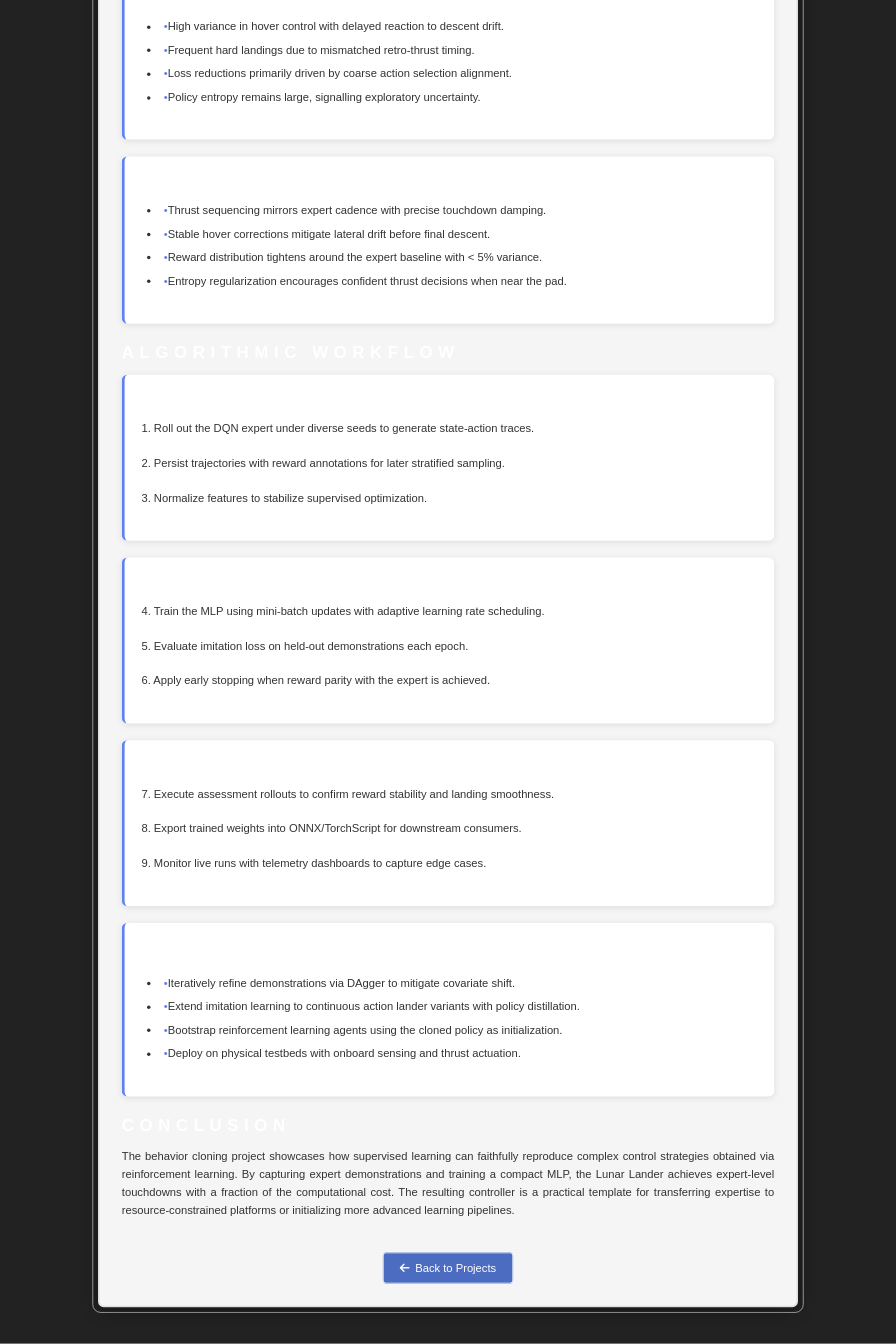
Repository: bk-poudel/bk-poudel.github.io
Page: projects/behavior_cloning_lunar_lander.html
An editor plug-in stored every save of this project. The page is shown before and after the next save, followed by the edit.
The browser window is 1280 px wide. The pictures show the part of the page from y = 1898 to 3818 px (the page is 3818 px tall), at 70% of full size.

Above is the page before, as saved 2025-12-28 12:40:27.

### projects/behavior_cloning_lunar_lander.html
<!DOCTYPE HTML>
<html lang="en">
<head>
    <title>Behavior Cloning for Lunar Lander - Bibek Poudel</title>
    <meta charset="utf-8" />
    <meta name="viewport" content="width=device-width, initial-scale=1, user-scalable=no" />
    <link rel="stylesheet" href="../assets/css/main.css" />
    <link rel="stylesheet" href="https://cdnjs.cloudflare.com/ajax/libs/font-awesome/6.4.0/css/all.min.css" />
    <noscript><link rel="stylesheet" href="../assets/css/noscript.css" /></noscript>
    <style>
        :root {
            --primary: #4b6cc1;
            --secondary: #666666;
            --accent: #5e81f4;
            --light: #f8f8f8;
            --dark: #1a1a1a;
            --text: #333333;
            --frame-color: #dddddd;
            --bg-color: #222222;
            --content-bg: #f5f5f5;
        }
        body {
            background-color: var(--bg-color);
            font-family: 'Arial', sans-serif;
            line-height: 1.6;
            padding: 20px;
        }
        .project-content {
            max-width: 1000px;
            margin: 2rem auto;
            padding: 2rem;
            background: var(--content-bg);
            border-radius: 8px;
            box-shadow: 0 4px 25px rgba(0,0,0,0.4);
            border: 2px solid var(--frame-color);
            position: relative;
            color: var(--text);
        }
        .project-content::before {
            content: "";
            position: absolute;
            top: -10px;
            left: -10px;
            right: -10px;
            bottom: -10px;
            border: 1px solid var(--frame-color);
            border-radius: 12px;
            pointer-events: none;
            z-index: -1;
        }
        .close-button {
            position: absolute;
            top: 1rem;
            right: 1rem;
            width: 40px;
            height: 40px;
            background: var(--primary);
            border: none;
            border-radius: 50%;
            color: white;
            font-size: 1.2rem;
            cursor: pointer;
            display: flex;
            align-items: center;
            justify-content: center;
            transition: all 0.3s ease;
            z-index: 10;
            text-decoration: none;
            box-shadow: 0 2px 10px rgba(0,0,0,0.2);
        }
        .close-button:hover {
            background: var(--accent);
            transform: scale(1.1);
            box-shadow: 0 4px 15px rgba(0,0,0,0.3);
            color: white;
            text-decoration: none;
        }
        .close-button:active {
            transform: scale(0.95);
        }
        h1 {
            text-align: center;
            color: var(--primary);
            font-size: 2.2rem;
            margin-bottom: 1.5rem;
            position: relative;
            padding-bottom: 1rem;
            text-transform: none;
            letter-spacing: normal;
        }
        h1::after {
            content: "";
            position: absolute;
            bottom: 0;
            left: 50%;
            transform: translateX(-50%);
            width: 100px;
            height: 3px;
        h2 {
            color: var(--primary);
            font-size: 1.6rem;
            margin-top: 2rem;
            margin-bottom: 1rem;
            border-left: 4px solid var(--accent);
            padding-left: 1rem;
            text-transform: none;
            letter-spacing: normal;
        }   border-left: 4px solid var(--accent);
        h3 {
            color: var(--primary);
            font-size: 1.3rem;
            margin-top: 1.5rem;
            text-transform: none;
            letter-spacing: normal;
        }   font-size: 1.3rem;
            margin-top: 1.5rem;
        }
        p {
            text-align: justify;
            margin-bottom: 1.5rem;
            color: var(--text);
        }
        ul, ol {
            padding-left: 1.5rem;
            margin-bottom: 1.5rem;
        }
        li {
            margin-bottom: 0.5rem;
            position: relative;
            color: var(--text);
        }
        li::before {
            content: "•";
            color: var(--accent);
        }
        .button {
            background: var(--primary);
            color: white;
            padding: 0.8rem 1.5rem;
            border-radius: 4px;
            text-decoration: none;
            display: inline-flex;
            align-items: center;
            transition: all 0.3s ease;
            font-weight: 500;
            border: none;
            text-transform: none;
            letter-spacing: normal;
            font-size: 1rem;
        }
        .button:hover {
            background: var(--accent);
            transform: translateY(-2px);
        }
        .button i {
            margin-right: 0.5rem;
        }
        .abstract {
            background-color: rgba(75, 108, 193, 0.1);
            padding: 1.5rem;
            border-radius: 8px;
            margin-bottom: 2rem;
            border-left: 4px solid var(--primary);
        }
        .methodology-item {
            background: white;
            padding: 1.5rem;
            border-radius: 8px;
            margin-bottom: 1.5rem;
            box-shadow: 0 2px 10px rgba(0,0,0,0.1);
            border-left: 4px solid var(--accent);
        }
        .figure-container {
            display: flex;
            justify-content: space-around;
            flex-wrap: wrap;
            gap: 1.5rem;
            margin: 2rem 0;
        }
        .figure {
            flex: 1;
            min-width: 250px;
            text-align: center;
            background: white;
            padding: 1rem;
            border-radius: 8px;
            box-shadow: 0 2px 10px rgba(0,0,0,0.1);
            transition: transform 0.3s ease;
            border: 1px solid #e0e0e0;
        }
        .figure:hover {
            transform: translateY(-5px);
        }
        .figure img {
            width: 100%;
            height: 200px;
            object-fit: cover;
            border-radius: 4px;
            margin-bottom: 0.8rem;
        }
        .figure-container .figure img {
            height: 250px;
            object-fit: contain;
            background: #f5f5f5;
        }
        .figure-caption {
            font-style: italic;
            color: var(--secondary);
            font-size: 0.9rem;
        }
        .figure-description {
            margin-top: 0.5rem;
            font-size: 0.9rem;
            line-height: 1.5;
            color: var(--text);
            text-align: center;
        }
        .feature-list {
            display: grid;
            grid-template-columns: repeat(auto-fit, minmax(300px, 1fr));
            gap: 1.5rem;
        }
        .feature-item {
            background: white;
            padding: 1.5rem;
            border-radius: 8px;
            box-shadow: 0 2px 10px rgba(0,0,0,0.1);
            border-left: 4px solid var(--primary);
        }
        .impact-points {
            display: grid;
            grid-template-columns: repeat(auto-fit, minmax(250px, 1fr));
            gap: 1.5rem;
            margin-top: 1.5rem;
        }
        .impact-point {
            background: white;
            padding: 1.5rem;
            border-radius: 8px;
            box-shadow: 0 2px 10px rgba(0,0,0,0.1);
            text-align: center;
            border: 1px solid #e0e0e0;
        }
        .impact-point i {
            font-size: 2rem;
            color: var(--primary);
            margin-bottom: 1rem;
        }
        @media (max-width: 768px) {
            .project-content {
                padding: 1.5rem;
                margin: 1rem;
            }
            h1 {
                font-size: 1.8rem;
            }
            .figure-container {
                flex-direction: column;
            }
        }
        @media (max-width: 480px) {
            .project-content {
                padding: 1.2rem;
            }
        }
    </style>
</head>
<body class="is-preload">
<div class="project-content">
        <a href="../index.html#projects" class="close-button" title="Back to Projects">
            <i class="fas fa-times"></i>
        </a>
        <h1>Behavior Cloning for Lunar Lander</h1>
        <div class="abstract">
            <h2>Abstract</h2>
            <p>This project applies behavior cloning to the LunarLander-v2 environment by leveraging a Deep Q-Network (DQN) expert. The expert policy generates high-quality demonstrations that are distilled into a supervised multi-layer perceptron (MLP). The resulting student controller imitates expert actions directly from raw state observations, producing a lightweight policy suitable for rapid inference without additional reinforcement learning during deployment.</p>
        </div>
        <div class="technologies-used">
            <h2>Behavior Cloning Pipeline Overview</h2>
            <p>The behavior cloning workflow converts reinforcement learning expertise into a supervised policy through the following components:</p>
            <div class="methodology-item">
                <h3><i class="fas fa-database"></i> Expert Demonstration Capture</h3>
                <ul>
                    <li>Rolled out a converged DQN agent for 200+ evaluation episodes.</li>
                    <li>Logged full state trajectories alongside expert thrust commands.</li>
                    <li>Filtered unstable landings to maintain a gold-standard dataset.</li>
                    <li>Balanced exploration of hover, descent, and landing regimes.</li>
                </ul>
            </div>
            <div class="methodology-item">
                <h3><i class="fas fa-network-wired"></i> Student Policy Training</h3>
                <ul>
                    <li>Two-hidden-layer MLP with ReLU activations and dropout regularization.</li>
                    <li>Inputs are normalized Lunar Lander state vectors; outputs are discrete thrust selections.</li>
                    <li>Optimized with cross-entropy loss and Adam optimizer for stable convergence.</li>
                    <li>Validation monitoring prevents overfitting and preserves expert fidelity.</li>
                </ul>
            </div>
            <div class="methodology-item">
                <h3><i class="fas fa-tools"></i> Evaluation Infrastructure</h3>
                <ul>
                    <li>Gymnasium test harness for reproducible rollouts and score tracking.</li>
                    <li>Side-by-side comparisons against the DQN expert on identical seeds.</li>
                    <li>Landing quality metrics include touchdown velocity, leg contact timing, and reward.</li>
                    <li>Automated plotting pipeline summarizes imitation accuracy per trajectory phase.</li>
                </ul>
            </div>
        </div>
        <div class="figure-container">
            <div class="figure">
                <img src="../Behavior_Cloning_Lunar_Lander/lunar_lander_compressed.gif" alt="Behavior cloned policy successfully landing the Lunar Lander" loading="lazy">
                <div class="figure-caption">Figure 1: Policy Rollout</div>
                <p class="figure-description">The cloned policy delivers soft touchdowns with minimal drift, closely matching the DQN expert profile.</p>
            </div>
        </div>
        <div class="learning-progression">
            <h2>Learning Progression Analysis</h2>
            <p>The student MLP matures from random thrusting to expert-level maneuvers as supervised training advances:</p>
            <div class="methodology-item">
                <h3><i class="fas fa-random"></i> Early Training Phase</h3>
                <ul>
                    <li>High variance in hover control with delayed reaction to descent drift.</li>
                    <li>Frequent hard landings due to mismatched retro-thrust timing.</li>
                    <li>Loss reductions primarily driven by coarse action selection alignment.</li>
                    <li>Policy entropy remains large, signalling exploratory uncertainty.</li>
                </ul>
            </div>
            <div class="methodology-item">
                <h3><i class="fas fa-bullseye"></i> Converged Student Behavior</h3>
                <ul>
                    <li>Thrust sequencing mirrors expert cadence with precise touchdown damping.</li>
                    <li>Stable hover corrections mitigate lateral drift before final descent.</li>
                    <li>Reward distribution tightens around the expert baseline with &lt; 5% variance.</li>
                    <li>Entropy regularization encourages confident thrust decisions when near the pad.</li>
                </ul>
            </div>
        </div>
        <div class="learning-progress">
            <h2>Algorithmic Workflow</h2>
            <div class="methodology-item">
                <h3><i class="fas fa-play-circle"></i> Demonstration Harvesting</h3>
                <p>1. Roll out the DQN expert under diverse seeds to generate state-action traces.</p>
                <p>2. Persist trajectories with reward annotations for later stratified sampling.</p>
                <p>3. Normalize features to stabilize supervised optimization.</p>
            </div>
            <div class="methodology-item">
                <h3><i class="fas fa-weight-hanging"></i> Supervised Optimization</h3>
                <p>4. Train the MLP using mini-batch updates with adaptive learning rate scheduling.</p>
                <p>5. Evaluate imitation loss on held-out demonstrations each epoch.</p>
                <p>6. Apply early stopping when reward parity with the expert is achieved.</p>
            </div>
            <div class="methodology-item">
                <h3><i class="fas fa-sync-alt"></i> Deployment Validation</h3>
                <p>7. Execute assessment rollouts to confirm reward stability and landing smoothness.</p>
                <p>8. Export trained weights into ONNX/TorchScript for downstream consumers.</p>
                <p>9. Monitor live runs with telemetry dashboards to capture edge cases.</p>
            </div>
        </div>
        <div class="methodology-item">
            <h2>Future Directions</h2>
            <ul>
                <li>Iteratively refine demonstrations via DAgger to mitigate covariate shift.</li>
                <li>Extend imitation learning to continuous action lander variants with policy distillation.</li>
                <li>Bootstrap reinforcement learning agents using the cloned policy as initialization.</li>
                <li>Deploy on physical testbeds with onboard sensing and thrust actuation.</li>
            </ul>
        </div>
        <div class="conclusion">
            <h2>Conclusion</h2>
            <p>The behavior cloning project showcases how supervised learning can faithfully reproduce complex control strategies obtained via reinforcement learning. By capturing expert demonstrations and training a compact MLP, the Lunar Lander achieves expert-level touchdowns with a fraction of the computational cost. The resulting controller is a practical template for transferring expertise to resource-constrained platforms or initializing more advanced learning pipelines.</p>
        </div>
        <div class="home-button" style="text-align: center; margin-top: 3rem;">
            <a href="../index.html#projects" class="button">
                <i class="fas fa-arrow-left"></i>
                Back to Projects
            </a>
        </div>
    </div>
    <script src="../assets/js/jquery.min.js"></script>
    <script src="../assets/js/browser.min.js"></script>
    <script src="../assets/js/breakpoints.min.js"></script>
    <script src="../assets/js/util.js"></script>
    <script src="../assets/js/main.js"></script>
</body>
</html>

Loaded but not shown: assets/js/jquery.min.js (library); assets/js/browser.min.js (common file); assets/js/breakpoints.min.js (common file); assets/css/fontawesome-all.min.css (library); assets/js/util.js (587 lines, source omitted); assets/js/main.js (401 lines, source omitted); assets/css/main.css (1753 lines, source omitted)

After the next save:
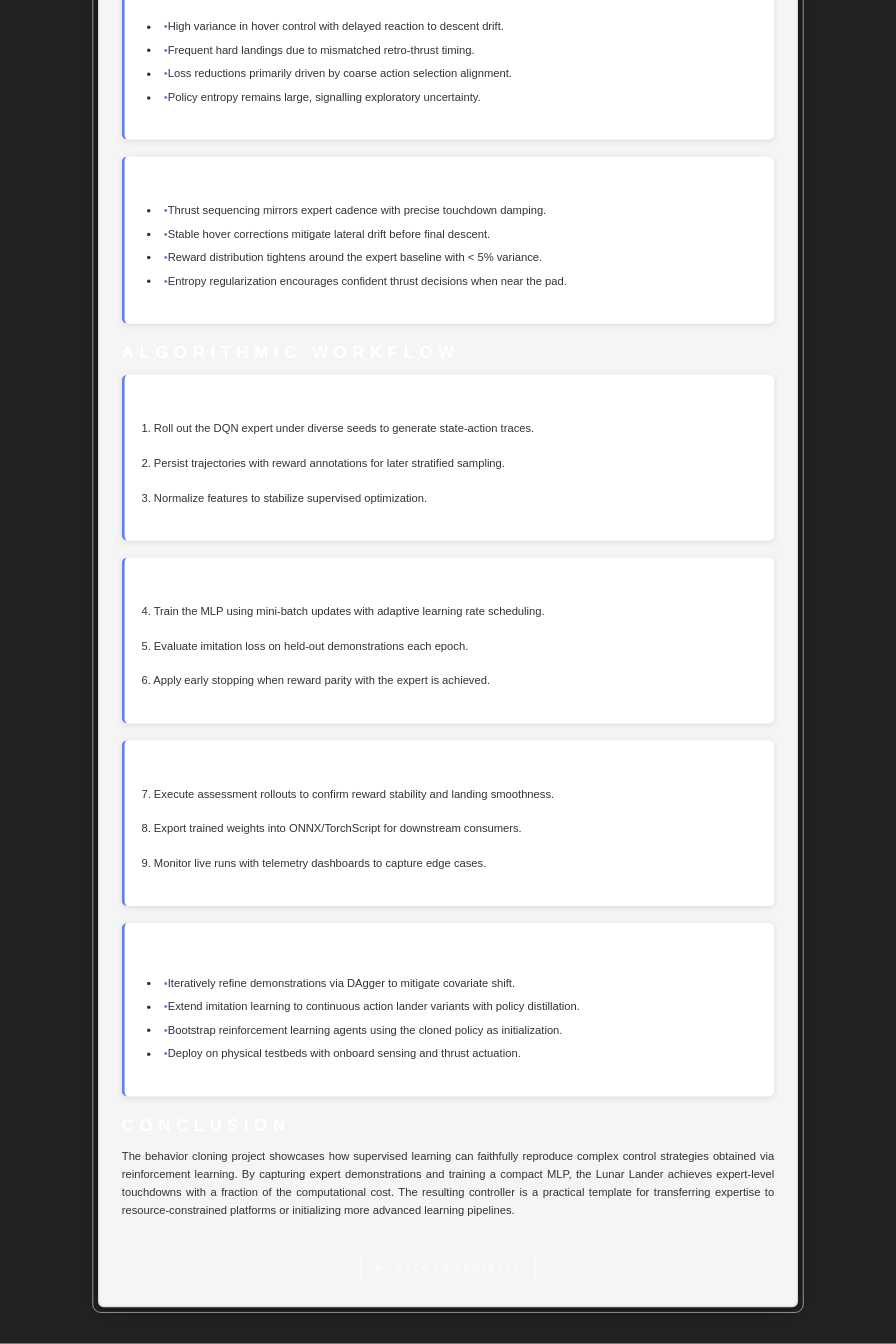
Saved 32 s later.
--- a/projects/behavior_cloning_lunar_lander.html
+++ b/projects/behavior_cloning_lunar_lander.html
@@ -132,7 +132,6 @@
         li::before {
             content: "•";
             color: var(--accent);
-        }
         .button {
             background: var(--primary);
             color: white;
@@ -146,7 +145,10 @@
             border: none;
             text-transform: none;
             letter-spacing: normal;
-            font-size: 1rem;
+        }   align-items: center;
+            transition: all 0.3s ease;
+            font-weight: 500;
+            border: none;
         }
         .button:hover {
             background: var(--accent);
